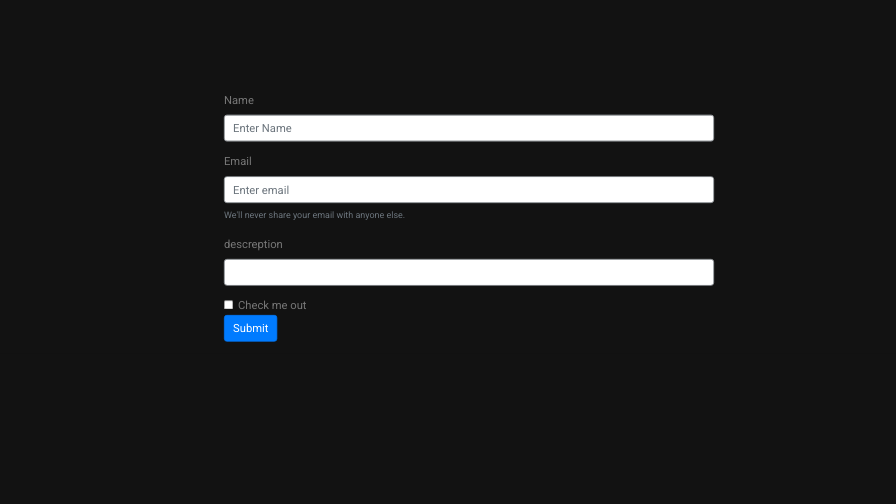
Repository: AlaaBashirSaijary/Library
Page: resources/views/pages/home.blade.php
The author's editor kept a copy of each file at every save. The page is drawn from the files as they stood at one save, then again after the next save.
The browser window is 1280 px wide. The pictures show the whole page, at 70% of full size.
Some web fonts or font styles are not loaded; a fallback is used. The page is served by the project's Laravel application, run on PHP 8.4 with Laravel 10. The template is opened directly, without the code that normally fills it, so the values that code supplies are empty.

Above is the page before, as saved 2023-12-26 10:58:34.

After the next save:
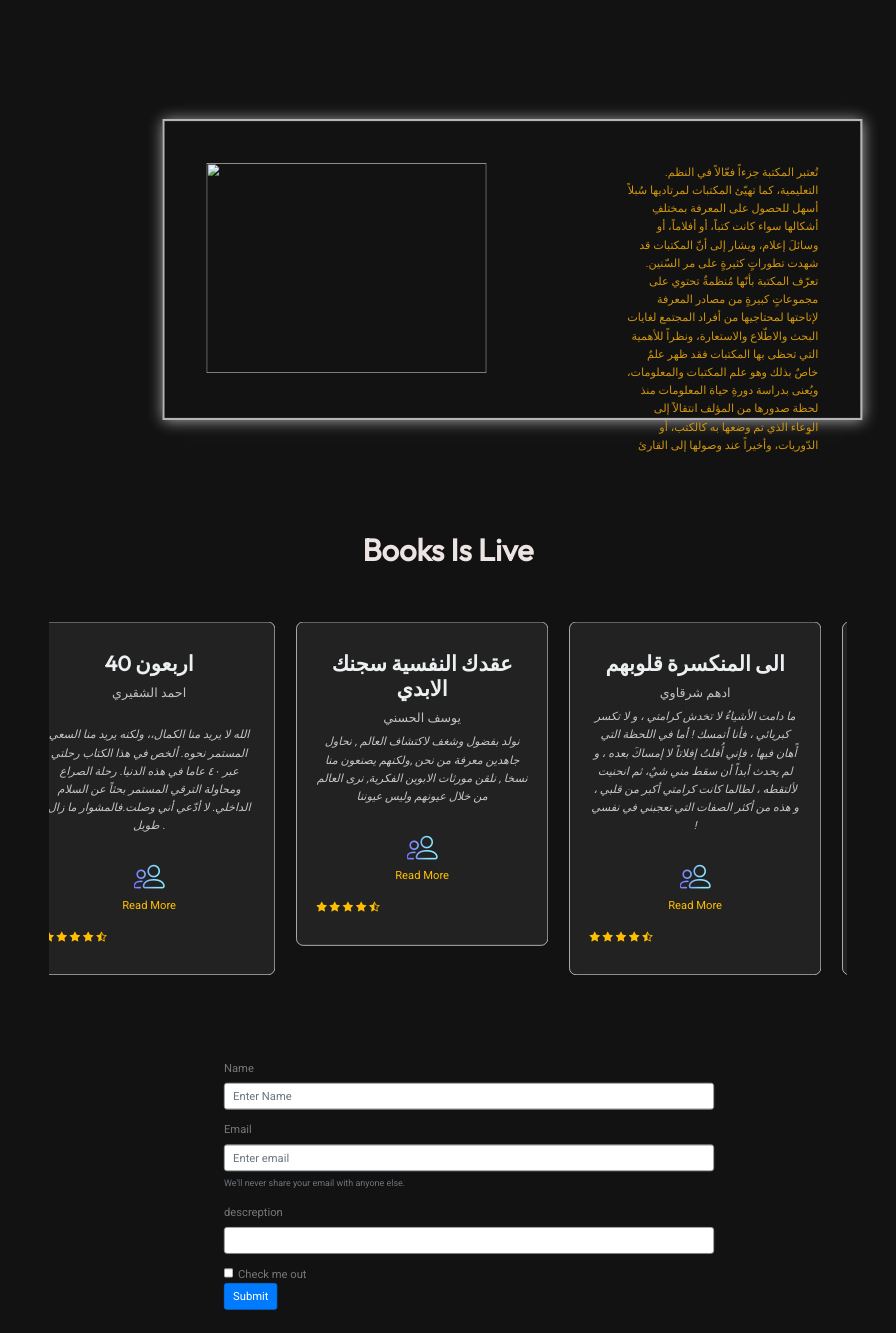
Saved 36 s later.
--- a/resources/views/master/app.blade.php
+++ b/resources/views/master/app.blade.php
@@ -46,6 +46,122 @@
         <!--================Header Menu Area =================-->
         <br><br><br><br><br>
 
+		<section style=" padding: 40px; margin-left: 15%; " >
+			<div style="border: rgb(182, 180, 180) solid; width: 1000px; height: 430px; display: flex; padding: 60px;  box-shadow: 1px 1px 20px rgb(171, 168, 168);">
+			  <img src="/Responsive-Portfolio-master/img/janko-ferlic-sfL_QOnmy00-unsplash.jpg" alt=""  height = "300px" width="400px" >
+			   <div style="height: 200px; width: 300px; margin-left: 200px; text-align: right;">
+				  <p style="color: rgb(209, 150, 11);" >.تُعتبر المكتبة جزءاً فعّالاً في النظم التعليمية، كما تهيّئ المكتبات لمرتاديها سُبلاً أسهل للحصول على المعرفة بمختلفِ أشكالها سواء كانت كتباً، أو أفلاماً، أو وسائلَ إعلام، ويشار إلى أنّ المكتبات قد شهدت تطوراتٍ كثيرةٍ على مر السّنين. تعرّف المكتبة بأنّها مُنظمةٌ تحتوي على مجموعاتٍ كبيرةٍ من مصادر المعرفة لإتاحتها لمحتاجيها من أفراد المجتمع لغايات البحث والاطّلاع والاستعارة، ونظراً للأهمية التي تحظى بها المكتبات فقد ظهر علمٌ خاصٌ بذلك وهو علم المكتبات والمعلومات، ويُعنى بدراسة دورةِ حياة المعلومات منذ لحظة صدورها من المؤلف انتقالاً إلى الوِعاء الذي تم وضعها به كالكتب، أو الدّوريات، وأخيراً عند وصولها إلى القارئ</p>
+
+			    </div>
+			</div>
+		</section>
+
+
+        <!--================Testimonials Area =================-->
+		<div id="a"></div>
+      <section class="testimonials_area p_120">
+        	<div class="container">
+
+				<div class="main_title">
+        			 <h1> Books is live  </h1>
+
+				</div>
+        		 <div class="testi_inner">
+					<div class="testi_slider owl-carousel">
+						<div class="item">
+							<div class="testi_item">
+								<h3>اربعون 40</h3>  <h4>احمد الشقيري</h4>  <p><br> الله لا يريد منا الكمال،، ولكنه يريد منا السعي المستمر نحوه.
+									 ألخص في هذا الكتاب رحلتي عبر ٤٠ عاما في هذه الدنيا. رحلة الصراع ومحاولة الترقي المستمر بحثاً عن السلام الداخلي. لا أدّعي أني وصلت.فالمشوار ما زال طويل .</p>
+
+
+										<div class="wel_item1">
+											<i class="lnr lnr-users"></i>
+											<br>
+											<a href="/40.html">Read More</a>
+										</div>
+								<a href="#"><i class="fa fa-star"></i></a>
+								<a href="#"><i class="fa fa-star"></i></a>
+								<a href="#"><i class="fa fa-star"></i></a>
+								<a href="#"><i class="fa fa-star"></i></a>
+								<a href="#"><i class="fa fa-star-half-o"></i></a>
+							</div>
+						</div>
+
+
+						<div class="item">
+							<div class="testi_item">
+								<h3>عقدك النفسية سجنك الابدي</h3>
+								<h4>يوسف الحسني</h4>
+								<p> نولد بفضول وشغف لاكتشاف العالم , نحاول جاهدين معرفة من نحن ,ولكنهم يصنعون منا نسخا , نلقن مورثات الابوين الفكرية, نرى العالم من خلال عيونهم وليس عيوننا</p>
+
+
+
+        							<div class="wel_item1">
+        								<i class="lnr lnr-users"></i>
+										<br>
+										<a href="/nafsy.html">Read More </a>
+									</div>
+
+								<a href="#"><i class="fa fa-star"></i></a>
+								<a href="#"><i class="fa fa-star"></i></a>
+								<a href="#"><i class="fa fa-star"></i></a>
+								<a href="#"><i class="fa fa-star"></i></a>
+								<a href="#"><i class="fa fa-star-half-o"></i></a>
+							</div>
+						</div>
+
+						<div class="item">
+							<div class="testi_item">
+								<h3>الى المنكسرة قلوبهم </h3>
+								<h4>ادهم شرقاوي</h4>
+								<p>ما دامت الأشياءُ لا تخدش كرامتي ، و لا تكسر كبريائي ، فأنا أتمسك ! أما في اللحظة التي أًهان فيها ، فإني أُفلتُ إفلاتاً لا إمساكَ بعده ، و لم يحدث أبداً أن سقط مني شيٌ، ثم انحنيت لألتقطه ، لطالما كانت كرامتي أكبر من قلبي ، و هذه من أكثر الصفات التي تعجبني في نفسي !</p>
+
+
+
+        							<div class="wel_item1">
+        								<i class="lnr lnr-users"></i>
+										<br>
+										<a href="/monksr.html">Read More</a>
+									</div>
+
+								<a href="#"><i class="fa fa-star"></i></a>
+								<a href="#"><i class="fa fa-star"></i></a>
+								<a href="#"><i class="fa fa-star"></i></a>
+								<a href="#"><i class="fa fa-star"></i></a>
+								<a href="#"><i class="fa fa-star-half-o"></i></a>
+							</div>
+						</div>
+
+						<div class="item">
+							<div class="testi_item">
+								<h3>امير الظل</h3>
+								<h4>عبدالله البرغوثي</h4>
+								<p>  مهندس على الطريق هي روايةٌ كتبها عبد الله البرغوثي في زنازين الاحتلال الاسرائيلي، تبدأ الرواية بالرد على ابنة كاتب الرواية الأسير عبد الله غالب البرغوثي «تالا» التي شهدت لحظة اعتقاله عام 2003، ويقول «من أنت؟، ولماذا أنت؟»، تسأل عن الأب الذي تركها في السيارة لحظة اعتقاله</p>
+
+
+
+        							<div class="wel_item1">
+        								<i class="lnr lnr-users"></i>
+										<br>
+										<a href="/amir.html">Read More</a>
+									</div>
+
+								<a href="#"><i class="fa fa-star"></i></a>
+								<a href="#"><i class="fa fa-star"></i></a>
+								<a href="#"><i class="fa fa-star"></i></a>
+								<a href="#"><i class="fa fa-star"></i></a>
+								<a href="#"><i class="fa fa-star-half-o"></i></a>
+							</div>
+						</div>
+
+
+					</div>
+        		</div>
+        	</div>
+        </section>
+        <!--================End Testimonials Area =================-->
+
+<div id="b"></div>
 
 		<form style="width: 700px; margin-left: 25%;">
 

After the save that followed:
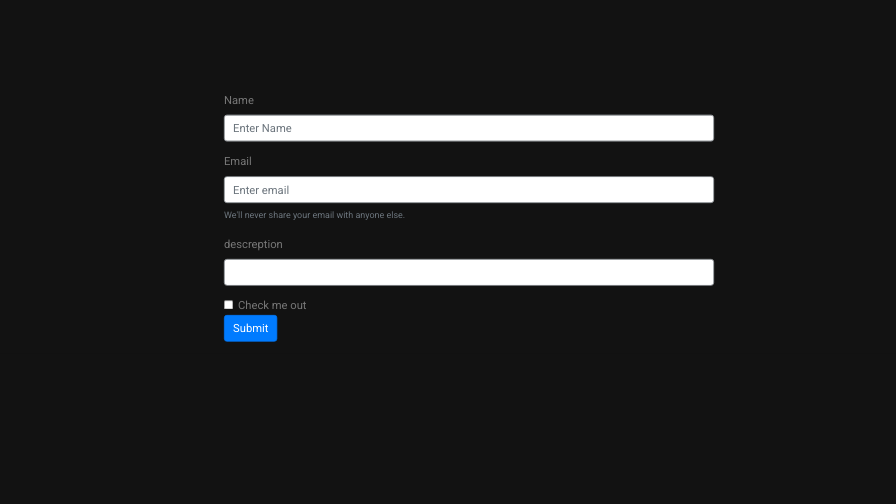
Saved 9 s later.
--- a/resources/views/master/app.blade.php
+++ b/resources/views/master/app.blade.php
@@ -46,122 +46,6 @@
         <!--================Header Menu Area =================-->
         <br><br><br><br><br>
 
-		<section style=" padding: 40px; margin-left: 15%; " >
-			<div style="border: rgb(182, 180, 180) solid; width: 1000px; height: 430px; display: flex; padding: 60px;  box-shadow: 1px 1px 20px rgb(171, 168, 168);">
-			  <img src="/Responsive-Portfolio-master/img/janko-ferlic-sfL_QOnmy00-unsplash.jpg" alt=""  height = "300px" width="400px" >
-			   <div style="height: 200px; width: 300px; margin-left: 200px; text-align: right;">
-				  <p style="color: rgb(209, 150, 11);" >.تُعتبر المكتبة جزءاً فعّالاً في النظم التعليمية، كما تهيّئ المكتبات لمرتاديها سُبلاً أسهل للحصول على المعرفة بمختلفِ أشكالها سواء كانت كتباً، أو أفلاماً، أو وسائلَ إعلام، ويشار إلى أنّ المكتبات قد شهدت تطوراتٍ كثيرةٍ على مر السّنين. تعرّف المكتبة بأنّها مُنظمةٌ تحتوي على مجموعاتٍ كبيرةٍ من مصادر المعرفة لإتاحتها لمحتاجيها من أفراد المجتمع لغايات البحث والاطّلاع والاستعارة، ونظراً للأهمية التي تحظى بها المكتبات فقد ظهر علمٌ خاصٌ بذلك وهو علم المكتبات والمعلومات، ويُعنى بدراسة دورةِ حياة المعلومات منذ لحظة صدورها من المؤلف انتقالاً إلى الوِعاء الذي تم وضعها به كالكتب، أو الدّوريات، وأخيراً عند وصولها إلى القارئ</p>
-
-			    </div>
-			</div>
-		</section>
-
-
-        <!--================Testimonials Area =================-->
-		<div id="a"></div>
-      <section class="testimonials_area p_120">
-        	<div class="container">
-
-				<div class="main_title">
-        			 <h1> Books is live  </h1>
-
-				</div>
-        		 <div class="testi_inner">
-					<div class="testi_slider owl-carousel">
-						<div class="item">
-							<div class="testi_item">
-								<h3>اربعون 40</h3>  <h4>احمد الشقيري</h4>  <p><br> الله لا يريد منا الكمال،، ولكنه يريد منا السعي المستمر نحوه.
-									 ألخص في هذا الكتاب رحلتي عبر ٤٠ عاما في هذه الدنيا. رحلة الصراع ومحاولة الترقي المستمر بحثاً عن السلام الداخلي. لا أدّعي أني وصلت.فالمشوار ما زال طويل .</p>
-
-
-										<div class="wel_item1">
-											<i class="lnr lnr-users"></i>
-											<br>
-											<a href="/40.html">Read More</a>
-										</div>
-								<a href="#"><i class="fa fa-star"></i></a>
-								<a href="#"><i class="fa fa-star"></i></a>
-								<a href="#"><i class="fa fa-star"></i></a>
-								<a href="#"><i class="fa fa-star"></i></a>
-								<a href="#"><i class="fa fa-star-half-o"></i></a>
-							</div>
-						</div>
-
-
-						<div class="item">
-							<div class="testi_item">
-								<h3>عقدك النفسية سجنك الابدي</h3>
-								<h4>يوسف الحسني</h4>
-								<p> نولد بفضول وشغف لاكتشاف العالم , نحاول جاهدين معرفة من نحن ,ولكنهم يصنعون منا نسخا , نلقن مورثات الابوين الفكرية, نرى العالم من خلال عيونهم وليس عيوننا</p>
-
-
-
-        							<div class="wel_item1">
-        								<i class="lnr lnr-users"></i>
-										<br>
-										<a href="/nafsy.html">Read More </a>
-									</div>
-
-								<a href="#"><i class="fa fa-star"></i></a>
-								<a href="#"><i class="fa fa-star"></i></a>
-								<a href="#"><i class="fa fa-star"></i></a>
-								<a href="#"><i class="fa fa-star"></i></a>
-								<a href="#"><i class="fa fa-star-half-o"></i></a>
-							</div>
-						</div>
-
-						<div class="item">
-							<div class="testi_item">
-								<h3>الى المنكسرة قلوبهم </h3>
-								<h4>ادهم شرقاوي</h4>
-								<p>ما دامت الأشياءُ لا تخدش كرامتي ، و لا تكسر كبريائي ، فأنا أتمسك ! أما في اللحظة التي أًهان فيها ، فإني أُفلتُ إفلاتاً لا إمساكَ بعده ، و لم يحدث أبداً أن سقط مني شيٌ، ثم انحنيت لألتقطه ، لطالما كانت كرامتي أكبر من قلبي ، و هذه من أكثر الصفات التي تعجبني في نفسي !</p>
-
-
-
-        							<div class="wel_item1">
-        								<i class="lnr lnr-users"></i>
-										<br>
-										<a href="/monksr.html">Read More</a>
-									</div>
-
-								<a href="#"><i class="fa fa-star"></i></a>
-								<a href="#"><i class="fa fa-star"></i></a>
-								<a href="#"><i class="fa fa-star"></i></a>
-								<a href="#"><i class="fa fa-star"></i></a>
-								<a href="#"><i class="fa fa-star-half-o"></i></a>
-							</div>
-						</div>
-
-						<div class="item">
-							<div class="testi_item">
-								<h3>امير الظل</h3>
-								<h4>عبدالله البرغوثي</h4>
-								<p>  مهندس على الطريق هي روايةٌ كتبها عبد الله البرغوثي في زنازين الاحتلال الاسرائيلي، تبدأ الرواية بالرد على ابنة كاتب الرواية الأسير عبد الله غالب البرغوثي «تالا» التي شهدت لحظة اعتقاله عام 2003، ويقول «من أنت؟، ولماذا أنت؟»، تسأل عن الأب الذي تركها في السيارة لحظة اعتقاله</p>
-
-
-
-        							<div class="wel_item1">
-        								<i class="lnr lnr-users"></i>
-										<br>
-										<a href="/amir.html">Read More</a>
-									</div>
-
-								<a href="#"><i class="fa fa-star"></i></a>
-								<a href="#"><i class="fa fa-star"></i></a>
-								<a href="#"><i class="fa fa-star"></i></a>
-								<a href="#"><i class="fa fa-star"></i></a>
-								<a href="#"><i class="fa fa-star-half-o"></i></a>
-							</div>
-						</div>
-
-
-					</div>
-        		</div>
-        	</div>
-        </section>
-        <!--================End Testimonials Area =================-->
-
-<div id="b"></div>
 
 		<form style="width: 700px; margin-left: 25%;">
 
